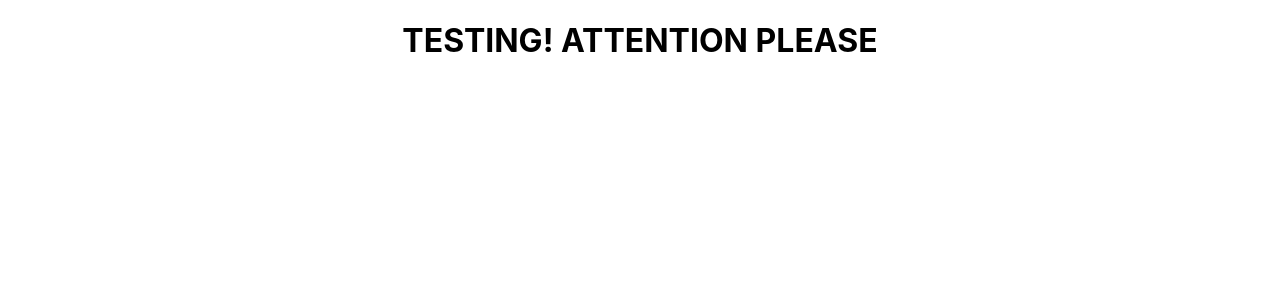
Repository: MukHansen/ReactUge
Page: / (app in monday_exercises/)
The author's editor kept a copy of each file at every save. The page is drawn from the files as they stood at one save, then again after the next save.
The browser window is 1280 px wide. The pictures show the whole page.
The project was rebuilt for these pictures with package versions that can differ from the ones it lists, and the page was loaded fresh each time. Also part of the build but not shown: monday_exercises/src/App2.js.

Above is the page before, as saved 2019-10-28 14:48:20.

After the next save:
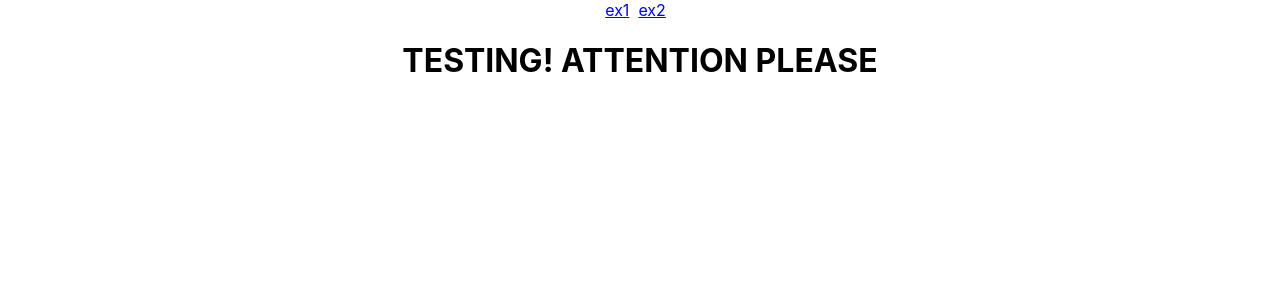
Saved 101 s later.
--- a/monday_exercises/src/index.js
+++ b/monday_exercises/src/index.js
@@ -30,4 +30,4 @@ function handleSelect(event) {
     ReactDOM.render(<DontUseMeForReal />, document.getElementById('root'));
 }
 
-ReactDOM.render(<App />, document.getElementById("root"));
+ReactDOM.render(<DontUseMeForReal />, document.getElementById("root"));
